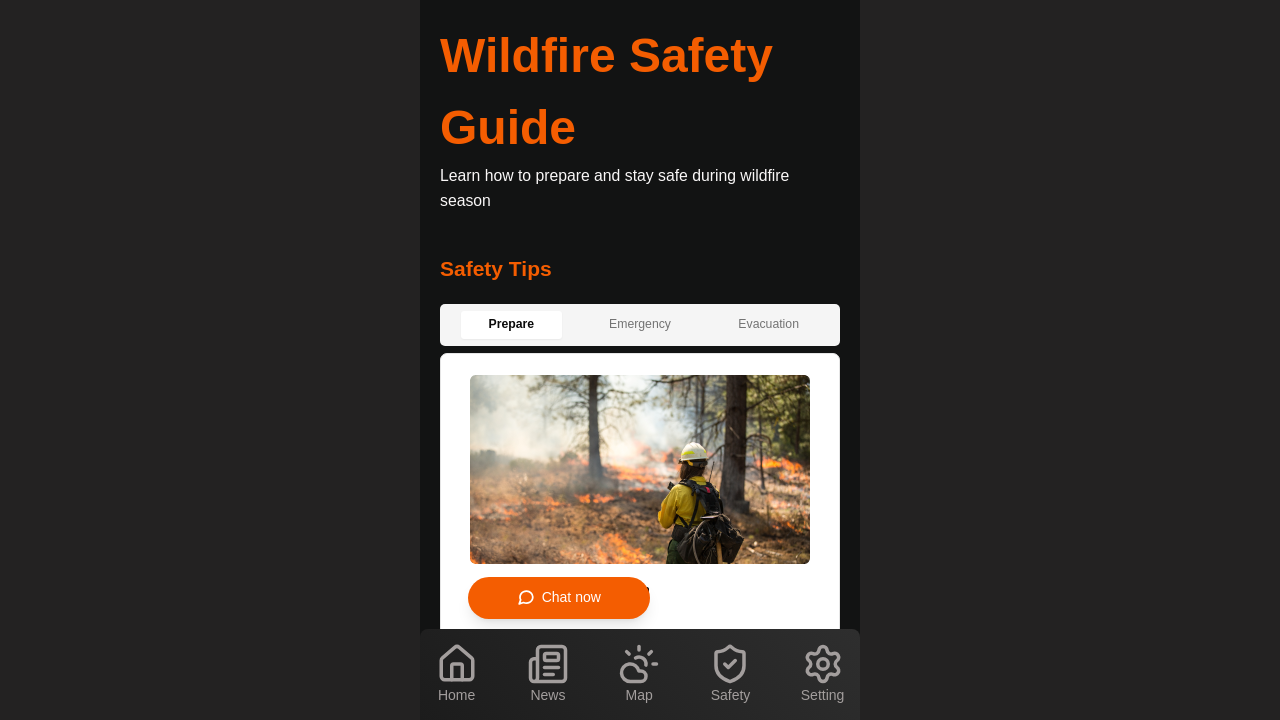
Repository: BCITKevin/Flare_IDSP
Page: /safety
These files come from the project's save history. The page is drawn as it stood at one moment and after the next save; the edit follows.
The browser window is 1280 px wide. The pictures show the whole page.
An inner scrolling area shows only its first screen. Some web fonts or font styles are not loaded; a fallback is used. The project was rebuilt for these pictures with package versions that can differ from the ones it lists, and the page was loaded fresh each time. The framework's server and built-in components were replaced by stand-ins that run in the browser. Also part of the build but not shown: next.config.js, next.config.mjs.

Above is the page before, as saved 2024-11-30 04:16:57.

### src/app/layout.tsx
import type { Metadata } from "next";
import Script from 'next/script';
import "./globals.css";
import { BrowserRouter } from "react-router-dom";

export const metadata: Metadata = {
  title: "Flare",
  description: "Flare is disaster response platform.",
  manifest: "/manifest.json",
};

export default function RootLayout({
  children,
}: Readonly<{
  children: React.ReactNode;
}>) {
  return (
    <html lang="en">
        <head>
          <link rel="manifest" href="/manifest.json" />
          <link rel="icon" href="/favicon.ico" />
          <link rel="apple-touch-icon" href="/images/logo-192x192.png" />
          <link
            rel="stylesheet"
            href="https://cdnjs.cloudflare.com/ajax/libs/leaflet/1.9.4/leaflet.min.css"
            crossOrigin=""
          />
        </head>
        <body
          className={`antialiased`}
        >
          {children}
          <Script
            src="https://cdnjs.cloudflare.com/ajax/libs/leaflet/1.9.4/leaflet.min.js"
            strategy="beforeInteractive"
            crossOrigin=""
          />
        </body>
    </html>
  );
}

### src/app/safety/page.tsx
'use client';

import { Tabs, TabsContent, TabsList, TabsTrigger } from "@/components/ui/tabs";
import {
    Card,
    CardContent,
    // CardDescription,
    // CardFooter,
    CardHeader,
    // CardTitle,
} from "@/components/ui/card"
import styles from "./safety.module.css"
import { Backpack, Map, Flag } from "lucide-react";
import prepareHero from "../public/images/prepareHero.png"
import evacHero from "../public/images/EvacHero.png"
import emergencyHero from "../public/images/EmergencyHero.png"
import BottomNavBar from "@/components/BottomNavBar/BottomNavBar";
import React from "react";

import { useState } from "react";
import Image from "next/image";

type Message = {
    text: string;
    sender: string;
};

// Card can be reformatted into a reusable component

export default function Safety() {
    const [showChat, setShowChat] = useState(false);
    const [activeTab, setActiveTab] = useState('Prepare');
    const [prevMsg, setMsg] = useState<Message[]>([
        { text: "Hello! Is there anything about wildfires I could help you with today?", sender: 'bot' },
    ]);


    async function handleSubmit(e: React.FormEvent<HTMLFormElement>) {
        e.preventDefault()

        try {
            const message = (document.querySelector('#message') as HTMLInputElement)?.value;
            (document.querySelector('#message') as HTMLInputElement).value = '';

            console.log(message);
            setMsg((prevMsg) => [...prevMsg, { text: message, sender: 'user' }]);

            const res = await fetch('/api/safety', {
                method: 'POST',
                headers: {
                    'Content-Type': 'application/json',
                },
                body: JSON.stringify({ message }),
            });

            if (!res.ok) {
                console.error();
                throw new Error('OOPS, SOMETHIN WRONG WITH BOT');
            }
            const data = await res.json();

            const botResponse = data.chat.content || "Sorry, I can't process your request. Please try again";

            setMsg((prevMsg) => [...prevMsg, { text: botResponse, sender: 'bot' }]);

            console.log('from gpt: ', botResponse);
        }
        catch (err) {
            console.error(err);
        }
    }

    const prepareText = `
    <strong>Stay informed:</strong> It’s crucial to stay updated on emergency alerts and evacuation orders issued by local authorities. Regularly check with Flare and turn on notifications and stay updated with the news. These alerts provide critical information about wildfire locations, safe zones, and road closures.
    <br><br>
    <strong>Assemble an emergency kit:</strong> Include:
    <ul>
        <li>- First aid supplies, such as bandages, antiseptics, and pain relievers.</li>
        <li>- Enough non-perishable food and water to sustain your household for at least 3 days.</li>
        <li>- Flashlights with spare batteries, a multi-tool, a whistle for signaling, and a fire extinguisher.</li>
        <li>- Personal hygiene items, blankets, and clothing suitable for various weather conditions.</li>
    </ul>
    <br>
    <strong>Follow evacuation routes:</strong> Use the safest, predefined routes recommended by local authorities. Avoid unfamiliar roads that could be blocked or unsafe. Always have a physical map in case of GPS or mobile network failure.
    <br><br>
    <strong>Leave as early as possible:</strong> Don’t wait until the last moment to evacuate. Early action reduces risks and allows emergency responders to focus on critical areas. Traffic congestion and panic during last-minute evacuations can pose additional dangers.
    <br><br>
    <strong>Assist neighbors if possible:</strong> Check on those in your community who may need help, especially the elderly, people with disabilities, or families without transportation. Offer support by carpooling or sharing resources.
    <br><br>
    <strong>Keep your vehicle ready:</strong> Ensure your vehicle is in good condition with a full gas tank. Keep the keys easily accessible, park the car facing outward for a quick exit, and load essential items in advance to save time during an emergency.
    <br><br>
    <strong>Practice your evacuation plan:</strong> Conduct regular drills with your household to ensure everyone knows their roles and responsibilities. Familiarity with the process can reduce stress and confusion during an actual emergency.
    <br><br>
    <strong>Create a defensible space around your home:</strong> Clear dry leaves, branches, and other flammable materials at least 30 feet from your home. Trim tree branches to a height of at least 6 feet to prevent fire from climbing. Regularly maintain gutters and roofs by removing debris. Store firewood and other combustible items far from structures.
    <br><br>
    `;


    const emergencyText = `
    <strong>If you are in danger, contact emergency services immediately:</strong> Dial the emergency hotline 911 if your safety is compromised. Or  call 1 800 663-5555 toll-free or <strong>*5555</strong> on a cellphone to report a wildfire. Clearly state your location and the nature of the emergency to ensure responders can locate you quickly. Avoid using the line for non-critical updates to keep it free for those in immediate need.
    <br><br>
    <strong>Stay inside if safe:</strong> If evacuation is not possible, shelter in place in a safe room. Select an area with minimal windows and external doors, preferably one located at the center of your home or on the opposite side of the fire’s path. Keep the space stocked with basic necessities, including water, flashlights, and communication devices.
    <br><br>
    <strong>Block air entry:</strong> Use duct tape, wet towels, or other materials to seal gaps around doors and windows to prevent smoke infiltration. Shut off HVAC systems and close vents to further limit the entry of hazardous air.
    <br><br>
    <strong>Listen to official information:</strong> Stay tuned to updates from local authorities via radio, mobile apps, or reliable online sources. Avoid spreading or acting on unverified information that may cause unnecessary panic.
    <br><br>
    <strong>Use face coverings:</strong> If you need to go outside or smoke enters your shelter, use wet towels, bandanas, or certified N95 masks to filter harmful particles. This is especially important for individuals with respiratory issues, the elderly, and young children.
    <br><br>
    <strong>Stay hydrated:</strong> Drink plenty of water to combat dehydration caused by heat and smoke inhalation. Avoid alcohol or caffeinated drinks, which can exacerbate dehydration. If possible, keep oral rehydration salts or electrolyte drinks on hand.
    <br><br>
    <strong>Be prepared for power outages:</strong> Wildfires may disrupt electricity. Keep flashlights, extra batteries, and a manual crank radio available. Charge your devices in advance and consider using portable power banks.
    <br><br>
    <strong>Plan for communication:</strong> If mobile networks are down, use walkie-talkies or pre-established signals with neighbors and family to communicate effectively.
    <br><br>
    <strong>Protect pets and livestock:</strong> Keep your pets in a secure area with food and water. If possible, move livestock to open areas far from fire hazards.
    <br><br>
    <strong>Monitor air quality:</strong> Use air purifiers indoors if available and check air quality levels through official channels to minimize smoke-related health risks.
    `;


    const evacuationText = `
    <strong>Develop a family emergency plan:</strong> Create a detailed emergency plan that includes designated meeting spots, multiple communication strategies, and escape routes for different scenarios. Assign responsibilities to each family member and rehearse the plan frequently to ensure everyone is prepared.
    <br><br>
    <strong>Prepare to leave immediately:</strong>
    - Ensure you have gathered all essential items ahead of time to avoid delays. These include:
    <br><br>
    <ul>
        <li>- <strong>Medications</strong>, including prescription drugs and a basic first aid kit for minor injuries.</li>
        <li>- <strong>Important documents</strong>, such as government-issued IDs, insurance papers, property deeds, and emergency contact information.</li>
        <li>- Your <strong>emergency kit</strong> as outlined in the prepare section</li>
        <li>- Personal items like clothing, toiletries, and any essential supplies for infants, pets, or elderly family members.</li>
    </ul>
    <br>
    <strong>Keep important documents ready:</strong> Store essential documents like birth certificates, passports, medical records, and insurance policies in a waterproof, fireproof safe. Back up digital copies to cloud storage or an external hard drive.
    <br><br>
    <strong>Know your local risk level:</strong> Familiarize yourself with wildfire risks in your area by consulting local government websites and fire risk maps. Participate in community evacuation drills to understand the best practices and routes in case of an emergency.
    <br><br>
    <strong>Sign up for emergency alerts:</strong> Subscribe to wildfire and weather warning systems offered by local authorities.
    <br><br>
    <strong>Invest in fire-resistant building materials:</strong> Upgrade your home with fire-resistant roofing, siding, and windows. Install ember-resistant vents to prevent sparks from entering your home.
    <br><br>
    <strong>Prepare your vehicle:</strong> Keep your car in good working condition, with a full gas tank and an emergency kit inside. Include maps, a spare tire, tools, and extra supplies to ensure mobility during an evacuation.
    <br><br>
    <strong>Coordinate with your neighbors:</strong> Work together with your community to create a wildfire response plan. Share resources, such as tools and safety tips, to enhance collective preparedness.
    <br><br>
    <strong>Learn fire suppression techniques:</strong> Take basic training on how to use a fire extinguisher and other suppression tools effectively. Know when to evacuate instead of attempting to combat the fire yourself.
    <br><br>
    <strong>Advocate for local safety measures:</strong> Encourage local governments to implement wildfire prevention strategies, such as controlled burns, community fuel breaks, and infrastructure upgrades.
    `;




    return (
        <body className="min-h-screen overflow-y-auto">
            <div className="safetyLayout h-full overflow-y-auto mb-44">
                <div className={`mb-12 ${styles.safetyHeading}`}>
                    <h1>
                        Wildfire Safety Guide
                    </h1>
                    <p className={`${styles.whiteText} text-lg `}>
                        Learn how to prepare and stay safe during wildfire season
                    </p>
                </div>
                {/* <Card className="p-5 mt-3 transition-all duration-300 hover:shadow-lg border-l-4 border-l-orange-500">
                    <CardHeader className="p-0 mb-3">
                        <div className="flex items-center gap-2">
                            <strong className={`${styles.articleBody} text-lg`}>
                                Based on your Location and Recent Weather
                            </strong>
                        </div>
                    </CardHeader>
                    <CardContent className="p-0">
                        <div className="flex flex-col gap-2">
                            <p className={`${styles.articleBody} leading-relaxed`}>
                                Consider bringing:
                            </p>
                            <ul className="list-disc ml-5 space-y-1">
                                <li className={styles.articleBody}>Extra water (1 gallon per person)</li>
                                <li className={styles.articleBody}>Cooling towels</li>
                                <li className={styles.articleBody}>Sun protection (hat, sunscreen)</li>
                            </ul>
                        </div>
                    </CardContent>
                </Card> */}
                <div className={`${styles.safetyHeading} mb-6 mt-6`}>
                    <h3 className="text-2xl font-bold">
                        Safety Tips
                    </h3>
                </div>
                <div className="mt-2">
                <Tabs defaultValue="Prepare" className="w-full flex flex-col" onValueChange={setActiveTab}>
                        <TabsList className="space-x-8 p-6">
                            <TabsTrigger value="Prepare" className={`w-full ${activeTab === 'Prepare' ? styles.activeTab : ''}`}>Prepare</TabsTrigger>
                            <TabsTrigger value="Emergency" className={`w-full ${activeTab === 'Emergency' ? styles.activeTab : ''}`}>Emergency</TabsTrigger>
                            <TabsTrigger value="Evacuation" className={`w-full ${activeTab === 'Evacuation' ? styles.activeTab : ''}`}>Evacuation</TabsTrigger>
                        </TabsList>
                        <TabsContent value="Prepare">
                            <Card className={`${styles.card} p-6 flex flex-col items-center mb-24`}>
                                <Image src={prepareHero} width={340} height={189} alt="a rescue worker looking towards a wildfire" />
                                <Flag color="black" className="m-6" />
                                <p dangerouslySetInnerHTML={{ __html: prepareText }} className={styles.articleBody} />
                            </Card>
                        </TabsContent>
                        <TabsContent value="Emergency">
                            <Card className={`${styles.card} p-6 flex flex-col items-center mb-24`}>
                                <Image src={emergencyHero} width={340} height={189} alt="a rescue worker looking towards a wildfire" />
                                <Backpack color="black" className="m-6" />
                                <p dangerouslySetInnerHTML={{ __html: emergencyText }} className={styles.articleBody} />
                            </Card>
                        </TabsContent>
                        <TabsContent value="Evacuation">
                            <Card className={`${styles.card} p-6 flex flex-col items-center mb-24`}>
                                <Image src={evacHero} width={340} height={189} alt="a rescue worker looking towards a wildfire" />
                                <Map color="black" className="m-6" />
                                <p dangerouslySetInnerHTML={{ __html: evacuationText }} className={styles.articleBody} />
                            </Card>
                        </TabsContent>
                    </Tabs>
                </div>
                {showChat ? (
                    <>
                        <div className="justify-center items-center flex overflow-x-hidden overflow-y-auto fixed inset-0 z-50 outline-none focus:outline-none">
                            <div className="relative w-full h-full mx-auto max-w-3xl px-4 pt-6 pb-24">
                                <div className="border-0 rounded-lg shadow-lg relative flex flex-col w-full h-full bg-white outline-none focus:outline-none">
                                    {/* Header */}
                                    <div className="flex items-center justify-between p-4 border-b border-solid border-gray-200">
                                        <h3 className="text-lg font-semibold text-gray-900">Flare Assistant</h3>
                                        <button
                                            className="p-1 ml-auto border-0 text-black float-right text-3xl leading-none font-semibold"
                                            onClick={() => setShowChat(false)}
                                        >
                                            ×
                                        </button>
                                    </div>

                                    {/* Chat Messages */}
                                    <div className="relative p-4 flex-auto overflow-y-auto">
                                        {prevMsg.map((msg, i) => (
                                            <div key={i} className={`flex ${msg.sender === 'user' ? 'justify-end' : 'justify-start'} mb-4`}>
                                                <div className={`rounded-lg px-4 py-2 max-w-[80%] ${
                                                    msg.sender === 'user'
                                                    ? 'bg-[var(--orange)] text-white'
                                                    : 'bg-gray-100 text-gray-800'
                                                }`}>
                                                    {msg.text}
                                                </div>
                                            </div>
                                        ))}
                                    </div>

                                    {/* Input Form */}
                                    <div className="border-t border-solid border-gray-200 p-4">
                                        <form onSubmit={handleSubmit} className="flex gap-2">
                                            <input
                                                type="text"
                                                id="message"
                                                placeholder="Type your message..."
                                                className="flex-grow px-4 py-2 border border-gray-300 rounded-full focus:outline-none focus:border-[var(--orange)]"
                                            />
                                            <button
                                                type="submit"
                                                className="bg-[var(--orange)] text-white rounded-full px-6 py-2"
                                            >
                                                Send
                                            </button>
                                        </form>
                                    </div>
                                </div>
                            </div>
                        </div>
                        <div className="opacity-25 fixed inset-0 z-40 bg-black"></div>
                    </>
                ) : null}
                <div className="flex flex-col fixed bottom-24 rounded-md px-6 py-3 m-2 items-center gap-4 transition-all duration-300">
                    {/* <div>
                        <span className="flex justify-center text-white ">Flare Assistant</span>
                        <p className="text-white text-base">Ask us about how you can stay safe</p>
                    </div> */}
                    <button
                        className="flex justify-center bg-[var(--orange)] text-white rounded-full shadow-lg transition-all duration-300 flex items-center gap-2 px-4 py-2 w-3/4 hover:border-2 hover:border-white box-border w-52 h-12"
                        onClick={() => setShowChat(true)}
                    >
                        <img src="/icons/message-circle.svg" alt="chatbot icon" className="w-5 h-5 filter invert brightness-0" />
                        <span>Chat now</span>
                    </button>
                </div>
            </div>
            <BottomNavBar />
        </body>
    )
}

Loaded but not shown: src/lib/utils.ts (common file); src/app/globals.css (310 lines, source omitted); src/components/BottomNavBar/BottomNavBar.jsx (106 lines, source omitted); tailwind.config.ts (96 lines, source omitted); src/components/ui/tabs.tsx (55 lines, source omitted); src/components/ui/card.tsx (79 lines, source omitted); src/components/BottomNavBar/BottomNavBar.module.css (36 lines, source omitted); src/app/safety/safety.module.css (29 lines, source omitted)

After the next save:
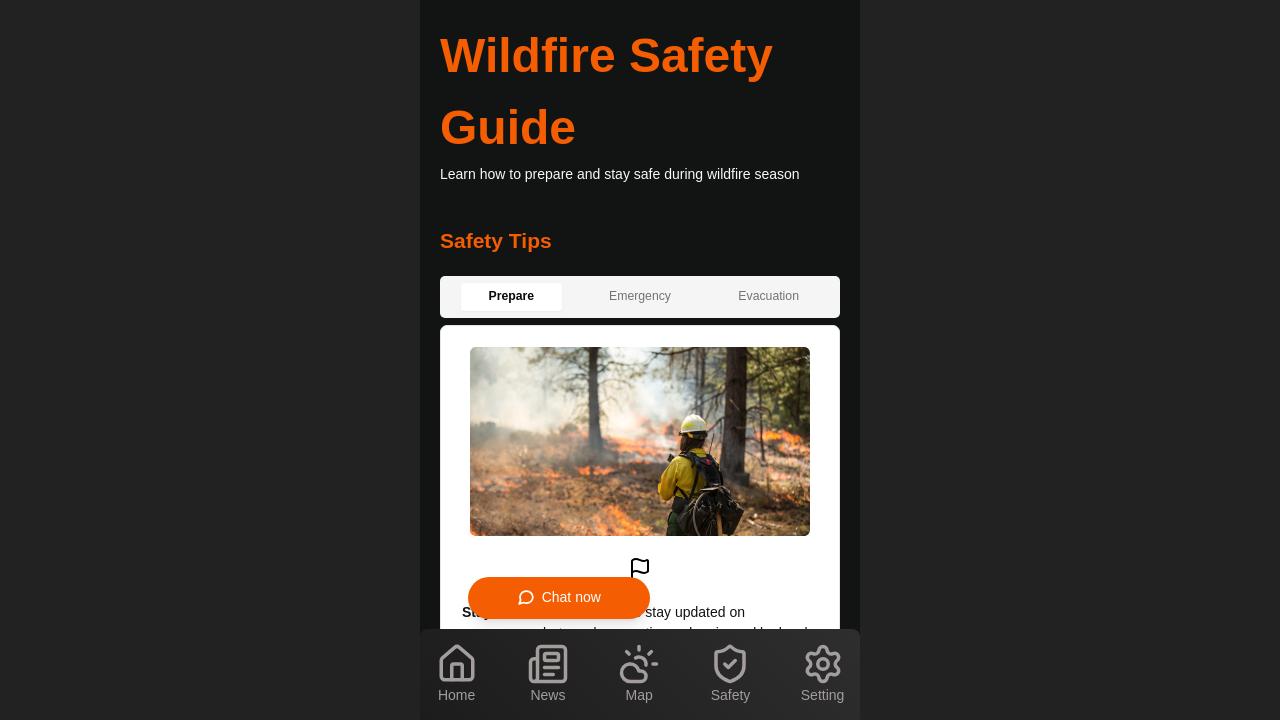
Saved 2 h 50 min later.
--- a/src/app/safety/page.tsx
+++ b/src/app/safety/page.tsx
@@ -159,7 +159,7 @@
                     <h1>
                         Wildfire Safety Guide
                     </h1>
-                    <p className={`${styles.whiteText} text-lg `}>
+                    <p className={styles.whiteText}>
                         Learn how to prepare and stay safe during wildfire season
                     </p>
                 </div>

After the save that followed:
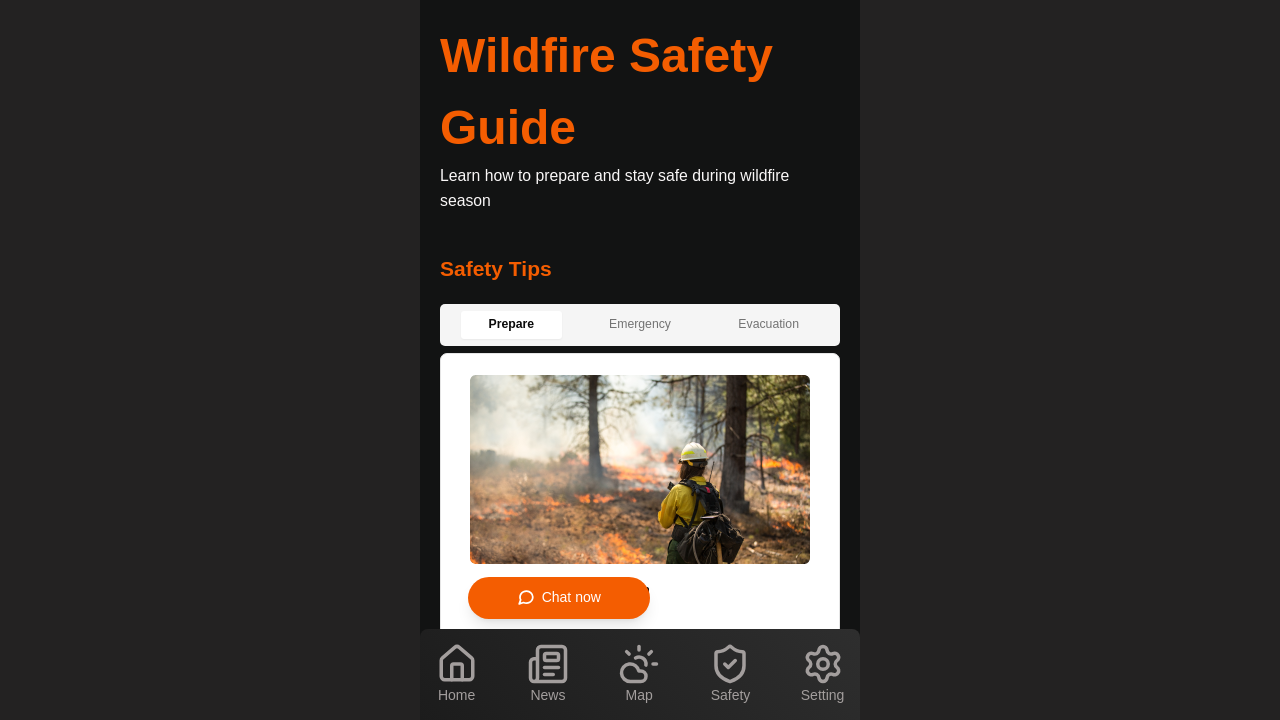
Saved 21 s later.
--- a/src/app/safety/page.tsx
+++ b/src/app/safety/page.tsx
@@ -159,7 +159,7 @@
                     <h1>
                         Wildfire Safety Guide
                     </h1>
-                    <p className={styles.whiteText}>
+                    <p className={`${styles.whiteText} text-lg `}>
                         Learn how to prepare and stay safe during wildfire season
                     </p>
                 </div>
